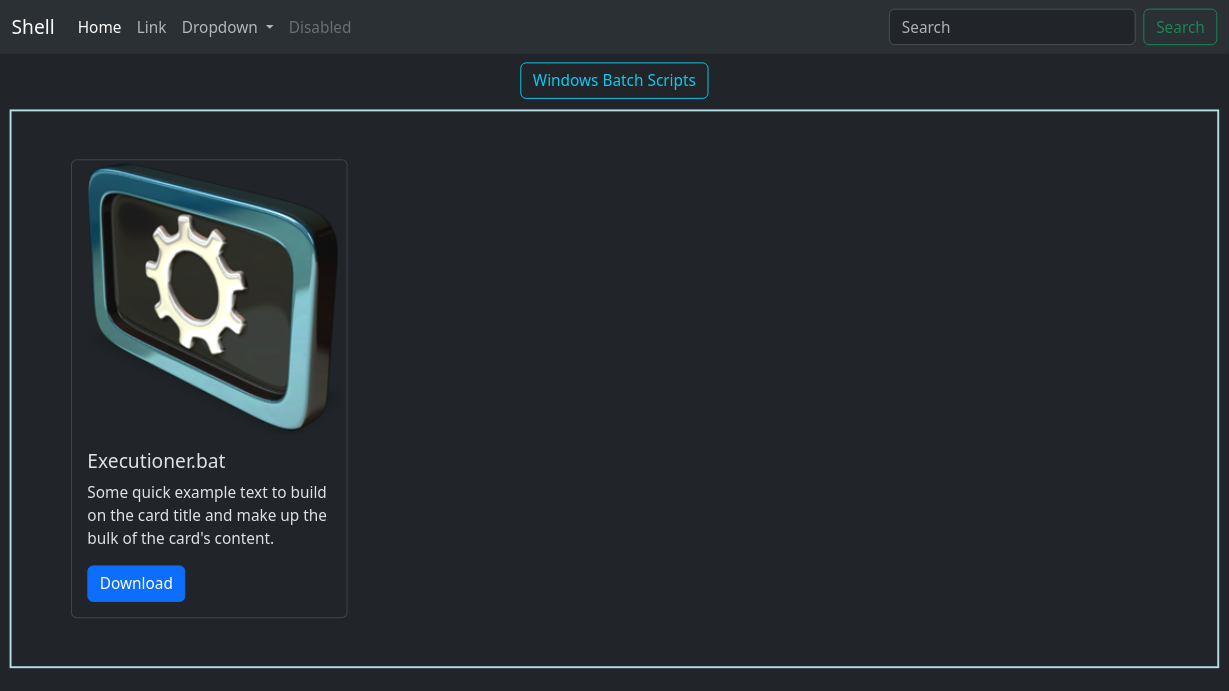
Repository: VictoriousMango/Archive
Page: index.html
An editor plug-in stored every save of this project. The page is shown before and after the next save, followed by the edit.
The browser window is 1280 px wide. The pictures show the whole page, at 96% of full size.

Above is the page before, as saved 2024-06-06 00:51:59.

### index.html
<!doctype html>
<html lang="en">
    <head>
        <meta charset="utf-8">
        <meta name="viewport" content="width=device-width, initial-scale=1">
        <title>Bootstrap demo</title>
        <link href="https://cdn.jsdelivr.net/npm/bootstrap@5.3.3/dist/css/bootstrap.min.css" rel="stylesheet" integrity="sha384-QWTKZyjpPEjISv5WaRU9OFeRpok6YctnYmDr5pNlyT2bRjXh0JMhjY6hW+ALEwIH" crossorigin="anonymous">    </head>
    <body data-bs-theme="dark">
        <!-- NavBar -->
        <nav class="navbar navbar-expand-lg bg-body-tertiary ">
            <div class="container-fluid">
                <a href="#" class="navbar-brand" role="button" onclick="Toggling()">Shell</a>
              <button class="navbar-toggler" type="button" data-bs-toggle="collapse" data-bs-target="#navbarSupportedContent" aria-controls="navbarSupportedContent" aria-expanded="false" aria-label="Toggle navigation">
                <span class="navbar-toggler-icon"></span>
              </button>
                <div class="collapse navbar-collapse" id="navbarSupportedContent">
                    <ul class="navbar-nav me-auto mb-2 mb-lg-0">
                    <li class="nav-item">
                        <a class="nav-link active" aria-current="page" href="#">Home</a>
                    </li>
                    <li class="nav-item">
                        <a class="nav-link" href="#">Link</a>
                    </li>
                    <li class="nav-item dropdown">
                        <a class="nav-link dropdown-toggle" href="#" role="button" data-bs-toggle="dropdown" aria-expanded="false">
                        Dropdown
                        </a>
                        <ul class="dropdown-menu">
                        <li><a class="dropdown-item" href="#">Action</a></li>
                        <li><a class="dropdown-item" href="#">Another action</a></li>
                        <li><hr class="dropdown-divider"></li>
                        <li><a class="dropdown-item" href="#">Something else here</a></li>
                        </ul>
                    </li>
                    <li class="nav-item">
                        <a class="nav-link disabled" aria-disabled="true">Disabled</a>
                    </li>
                    </ul>
                    <form class="d-flex" role="search">
                        <input class="form-control me-2" type="search" placeholder="Search" aria-label="Search">
                        <button class="btn btn-outline-success" type="submit">Search</button>
                    </form>
                </div>
            </div>
        </nav>
        <!-- NavBar -->

        <h1 style="text-align : center;"><button type="button" class="btn btn-outline-info">Windows Batch Scripts</button></h1>
        <div class="row" style="border: 2px solid powderblue; margin: 10px; padding: 50px;">
            <!-- First Card -->
            <div class="col">
                <div class="card" style="width: 18rem;">
                    <img src="Images\MS-DOS_Batch_File.png" class="card-img-top" alt="...">
                    <div class="card-body">
                      <h5 class="card-title">Executioner.bat</h5>
                      <p class="card-text">Some quick example text to build on the card title and make up the bulk of the card's content.</p>
                      <a href="Groups/Projects/Executioner.bat" class="btn btn-primary" download>Download</a>
                    </div>
                  </div>
            </div>
        </div>

        <!-- Including JS -->
        <script src="https://cdn.jsdelivr.net/npm/bootstrap@5.3.3/dist/js/bootstrap.bundle.min.js" integrity="sha384-YvpcrYf0tY3lHB60NNkmXc5s9fDVZLESaAA55NDzOxhy9GkcIdslK1eN7N6jIeHz" crossorigin="anonymous"></script>
        <!-- JS for the web page -->
        <script>
            function Toggling() {
                console.log("Clicked the toggle button")
                console.log()
                var element = document.body;
                element.dataset.bsTheme = element.dataset.bsTheme=="light"?"dark":"light"
            }
        </script>
    </body>
</html>

After the next save:
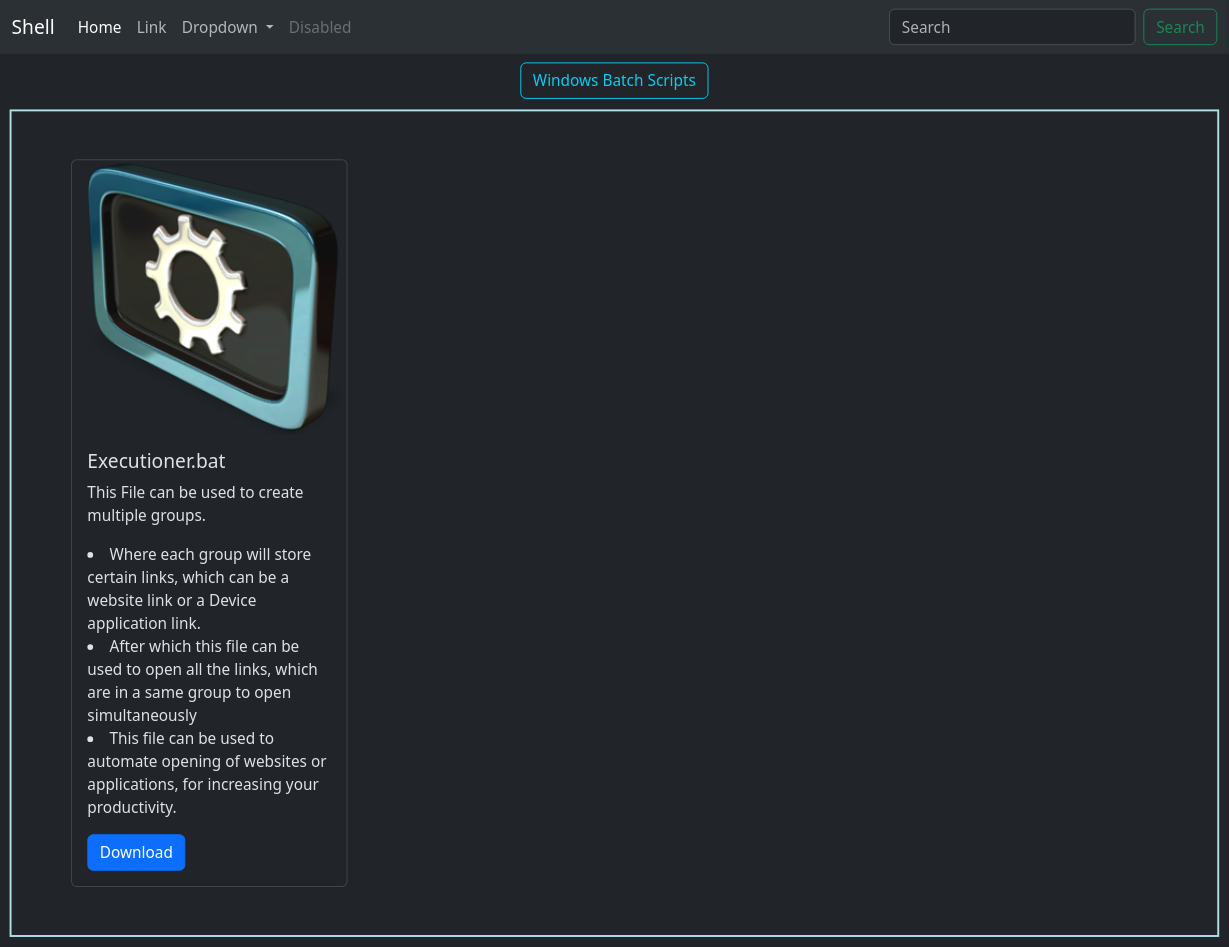
Saved 4 min 12 s later.
--- a/index.html
+++ b/index.html
@@ -52,9 +52,14 @@
                 <div class="card" style="width: 18rem;">
                     <img src="Images\MS-DOS_Batch_File.png" class="card-img-top" alt="...">
                     <div class="card-body">
-                      <h5 class="card-title">Executioner.bat</h5>
-                      <p class="card-text">Some quick example text to build on the card title and make up the bulk of the card's content.</p>
-                      <a href="Groups/Projects/Executioner.bat" class="btn btn-primary" download>Download</a>
+                        <h5 class="card-title">Executioner.bat</h5>
+                        <p class="card-text">
+                            This File can be used to create multiple groups.
+                            <li>Where each group will store certain links, which can be a website link or a Device application link.</li>
+                            <li>After which this file can be used to open all the links, which are in a same group to open simultaneously</li>
+                            <li>This file can be used to automate opening of websites or applications, for increasing your productivity.</li>
+                        </p>
+                        <a href="Groups/Projects/Executioner.bat" class="btn btn-primary" download>Download</a>
                     </div>
                   </div>
             </div>
